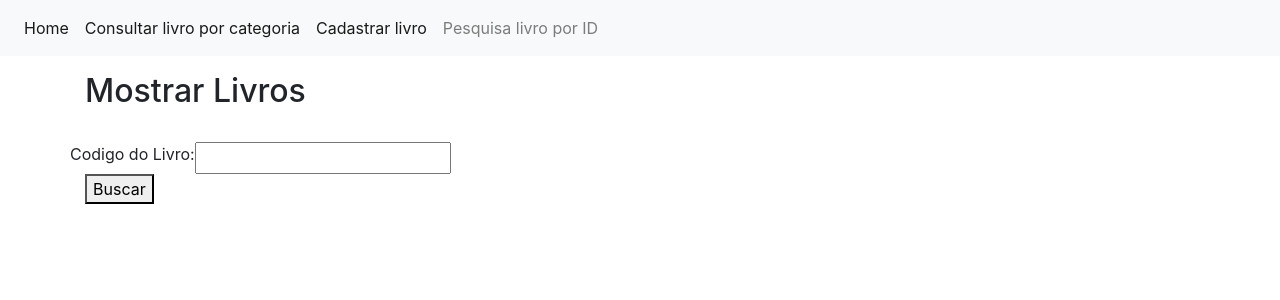
Repository: SrtaVerdant/projeto-livraria
Page: http://localhost/ProjetoLivraria/pesquisaLivroPorId.jsp
An editor plug-in stored every save of this project. The page is shown before and after the next save, followed by the edit.
The browser window is 1280 px wide. The pictures show the whole page.
Some web libraries are served in a nearby version. The page is served by Tomcat 9. Other server files are loaded and not shown.

Above is the page before, as saved 2022-10-30 15:02:31.

### ProjetoLivraria/src/main/webapp/pesquisaLivroPorId.jsp
<%@ page language="java" contentType="text/html; charset=UTF-8"
    pageEncoding="UTF-8"%>
<!DOCTYPE html>
<html>
<head>
<meta charset="UTF-8">
	<title>Pesquisar por ID</title>
	<link rel="stylesheet" href="https://cdn.jsdelivr.net/npm/bootstrap@4.0.0/dist/css/bootstrap.min.css" integrity="sha384-Gn5384xqQ1aoWXA+058RXPxPg6fy4IWvTNh0E263XmFcJlSAwiGgFAW/dAiS6JXm" crossorigin="anonymous">
	<script src="https://code.jquery.com/jquery-3.2.1.slim.min.js" integrity="sha384-KJ3o2DKtIkvYIK3UENzmM7KCkRr/rE9/Qpg6aAZGJwFDMVNA/GpGFF93hXpG5KkN" crossorigin="anonymous"></script>
	<script src="https://cdn.jsdelivr.net/npm/popper.js@1.12.9/dist/umd/popper.min.js" integrity="sha384-ApNbgh9B+Y1QKtv3Rn7W3mgPxhU9K/ScQsAP7hUibX39j7fakFPskvXusvfa0b4Q" crossorigin="anonymous"></script>
	<script src="https://cdn.jsdelivr.net/npm/bootstrap@4.0.0/dist/js/bootstrap.min.js" integrity="sha384-JZR6Spejh4U02d8jOt6vLEHfe/JQGiRRSQQxSfFWpi1MquVdAyjUar5+76PVCmYl" crossorigin="anonymous"></script>
</head>
<body>

	<nav class="navbar navbar-expand-lg navbar-light bg-light">
	  <div class="collapse navbar-collapse" id="navbarNav">
	    <ul class="navbar-nav">
	     <li class="nav-item active">
	        <a class="nav-link" href="index.jsp">Home</a>
	      </li>
	   		<li class="nav-item active">
	        <a class="nav-link" href="consultar.jsp">Consultar livro por categoria</a>
	      </li>
	      <li class="nav-item active">
	        <a class="nav-link" href="adicionar.jsp">Cadastrar livro</a>
	      </li>
	      <li class="nav-item">
	        <a class="nav-link" href="#">Pesquisa livro por ID</a>
	      </li>
	    </ul>
	  </div>
	</nav>

	<div class="container mt-3">
		<h2> Mostrar Livros</h2><br>

		<div class="row">
			<label> Codigo do Livro:</label>
			<input type="text" name="codLivro">
		</div>


		<a href="livroPorId.jsp"><button type="submit">Buscar</button></a>
	</div>

</body>
</html>

After the next save:
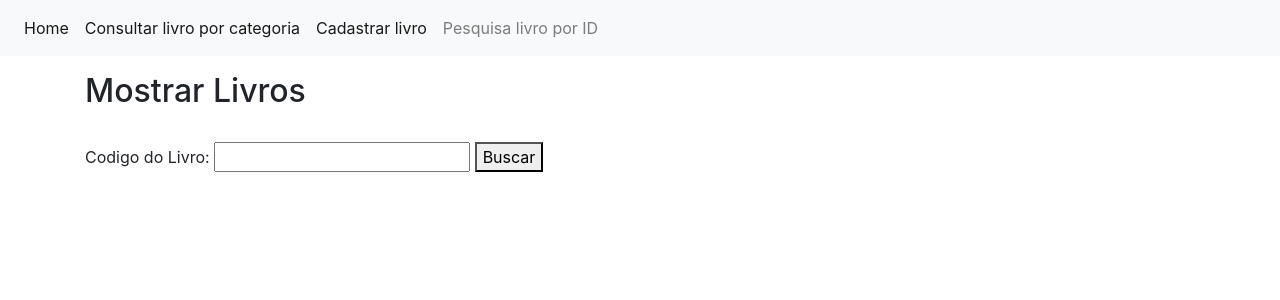
Saved 6 s later.
--- a/ProjetoLivraria/src/main/webapp/pesquisaLivroPorId.jsp
+++ b/ProjetoLivraria/src/main/webapp/pesquisaLivroPorId.jsp
@@ -34,12 +34,8 @@
 	<div class="container mt-3">
 		<h2> Mostrar Livros</h2><br>
 
-		<div class="row">
-			<label> Codigo do Livro:</label>
-			<input type="text" name="codLivro">
-		</div>
-
-
+		<label> Codigo do Livro:</label>
+		<input type="text" name="codLivro">
 		<a href="livroPorId.jsp"><button type="submit">Buscar</button></a>
 	</div>
 
